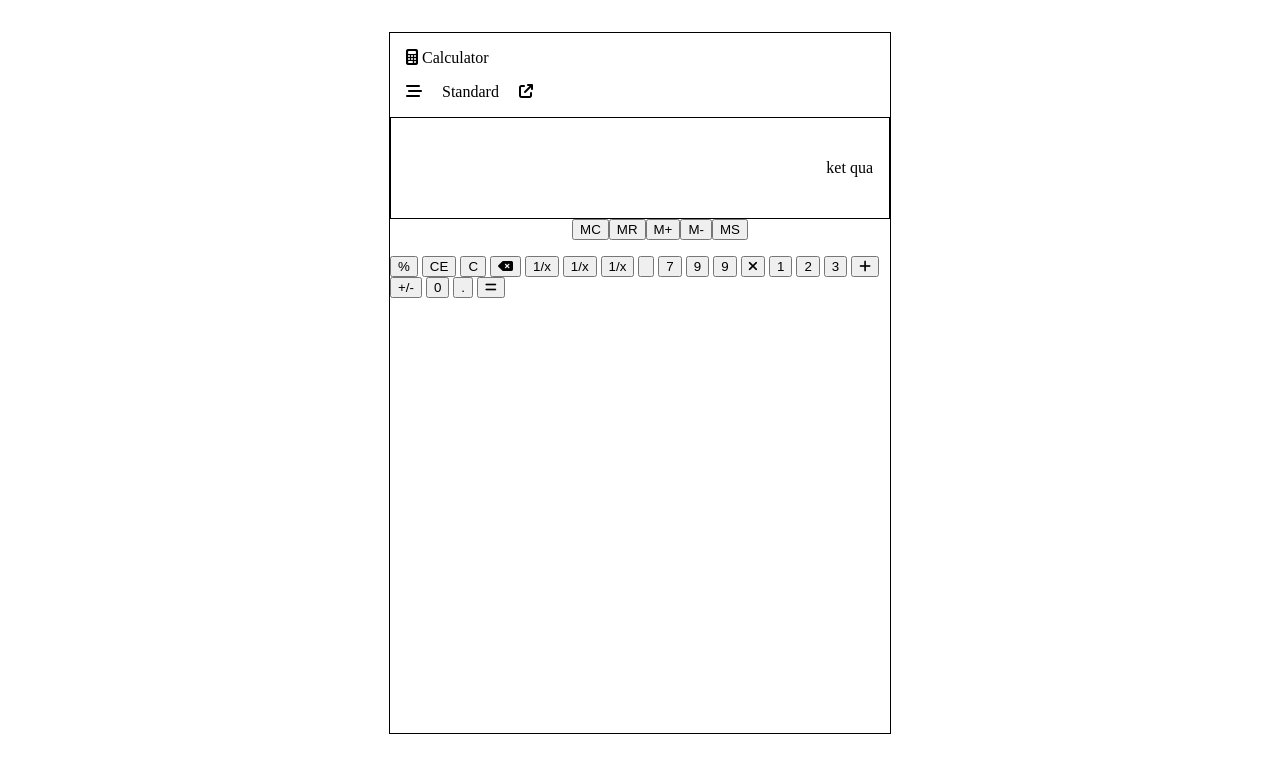
Repository: tungts3qb/Javascript
Page: Calculator/Calculator.html
These files come from the project's save history. The page is drawn as it stood at one moment and after a run of saves; the edit follows.
The browser window is 1280 px wide. The pictures show the whole page.

Above is the page before, as saved 2022-12-26 15:44:09.

### Calculator/Calculator.html
<!DOCTYPE html>
<html lang="en">
  <head>
    <meta charset="UTF-8" />
    <meta http-equiv="X-UA-Compatible" content="IE=edge" />
    <meta name="viewport" content="width=device-width, initial-scale=1.0" />
    <link rel="stylesheet" href="./style.css" />
    <link
      rel="stylesheet"
      href="https://cdnjs.cloudflare.com/ajax/libs/font-awesome/6.2.1/css/all.min.css"
      integrity="sha512-MV7K8+y+gLIBoVD59lQIYicR65iaqukzvf/nwasF0nqhPay5w/9lJmVM2hMDcnK1OnMGCdVK+iQrJ7lzPJQd1w=="
      crossorigin="anonymous"
      referrerpolicy="no-referrer"
    />
    <title>Calculator</title>
  </head>
  <body>
    <div class="calculator">
      <div class="calculator-header">
        <i class="fa-solid fa-calculator"></i>
        <span>Calculator</span>
      </div>
      <div class="calculator-nav">
        <i class="fa-solid fa-bars-staggered"></i>
        <span>Standard</span>
        <i class="fa-solid fa-arrow-up-right-from-square"></i>
      </div>
      <div class="caculator-result"><span>ket qua</span></div>
      <div class="calculator-special-function">
        <ul>
          <li><button>MC</button></li>
          <li><button>MR</button></li>
          <li><button>M+</button></li>
          <li><button>M-</button></li>
          <li><button>MS</button></li>
        </ul>
      </div>
      <div class="calculator-buttons">
        <button class="calculator-button">%</button>
        <button class="calculator-button">CE</button>
        <button class="calculator-button">C</button>
        <button class="calculator-button">
          <i class="fa-solid fa-delete-left"></i>
        </button>
        <button class="calculator-button">1/x</button>
        <button class="calculator-button">1/x</button>
        <button class="calculator-button">1/x</button>
        <button class="calculator-button">
          <i class="fas fa-buttonide"></i>
        </button>
        <button class="calculator-button">7</button>
        <button class="calculator-button">9</button>
        <button class="calculator-button">9</button>
        <button class="calculator-button"><i class="fas fa-times"></i></button>
        <button class="calculator-button">1</button>
        <button class="calculator-button">2</button>
        <button class="calculator-button">3</button>
        <button class="calculator-button"><i class="fas fa-plus"></i></button>
        <button class="calculator-button">+/-</button>
        <button class="calculator-button">0</button>
        <button class="calculator-button">.</button>
        <button class="calculator-button"><i class="fas fa-equals"></i></button>
      </div>
    </div>
    <script src="./script.js"></script>
  </body>
</html>

### Calculator/style.css
.calculator {
  width: 500px;
  height: 700px;
  border: 1px solid black;
  margin: 2rem auto;
}

.calculator-header {
  margin-top: 1rem;
  padding-left: 1rem;
}

.calculator-nav {
  padding-left: 1rem;
  margin-top: 1rem;
}

.calculator-nav span {
  margin-left: 1rem;
  margin-right: 1rem;
}

.caculator-result {
  border: 1px solid black;
  margin-top: 1rem;
  height: 100px;
  display: flex;
  justify-content: flex-end;
  align-items: center;
}

.caculator-result span {
  display: block;
  margin-right: 1rem;
}

.calculator-special-function {
  align-items: center;
  display: flex;
  justify-content: center;
}
.calculator-special-function ul {
  list-style: none;
  display: flex;
  margin-top: 0;
  justify-content: space-between;
  align-items: center;
}

Loaded but not shown: Calculator/script.js (no stored copy; drawn as an empty file)

After the next 2 saves:
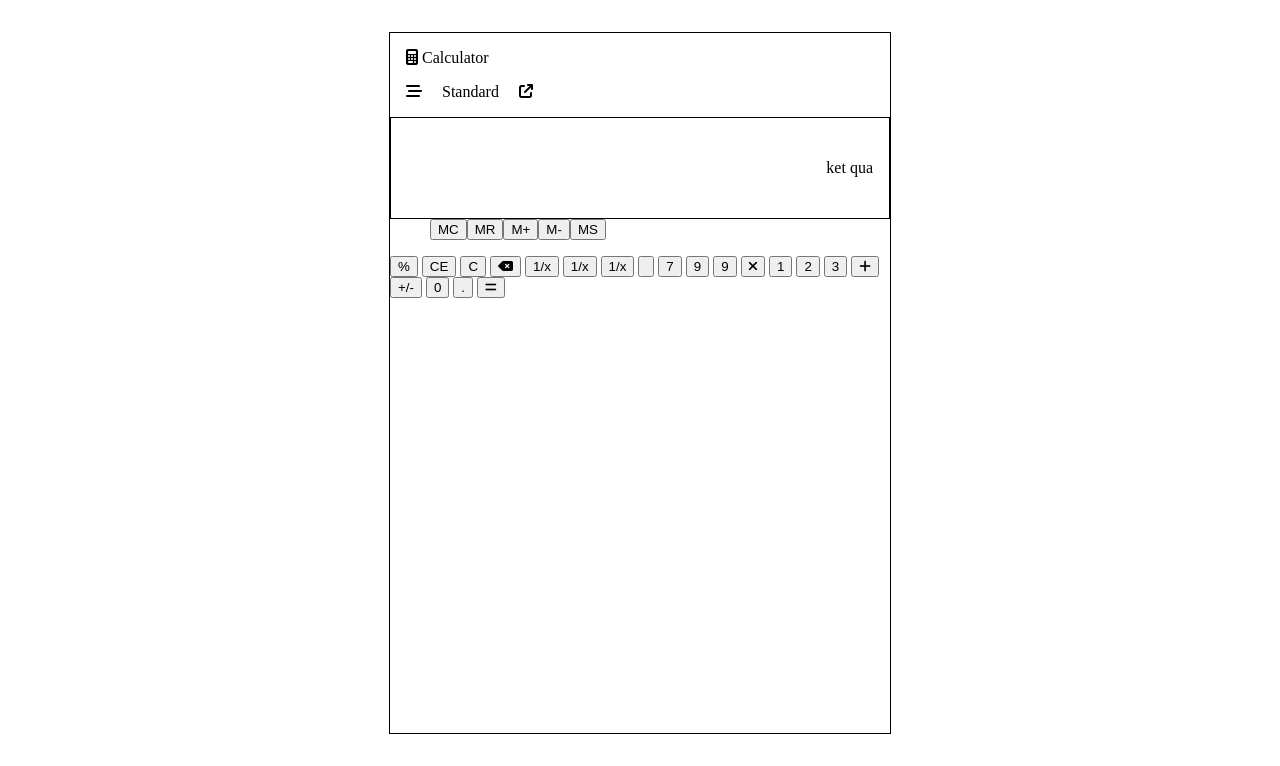
The 2 saves are shown as one change because they came seconds apart.
The last was saved 14 s later.
--- a/Calculator/style.css
+++ b/Calculator/style.css
@@ -35,9 +35,9 @@
 }
 
 .calculator-special-function {
+  display: flex;
   align-items: center;
-  display: flex;
-  justify-content: center;
+  /* justify-content: center; */
 }
 .calculator-special-function ul {
   list-style: none;

After the save that followed:
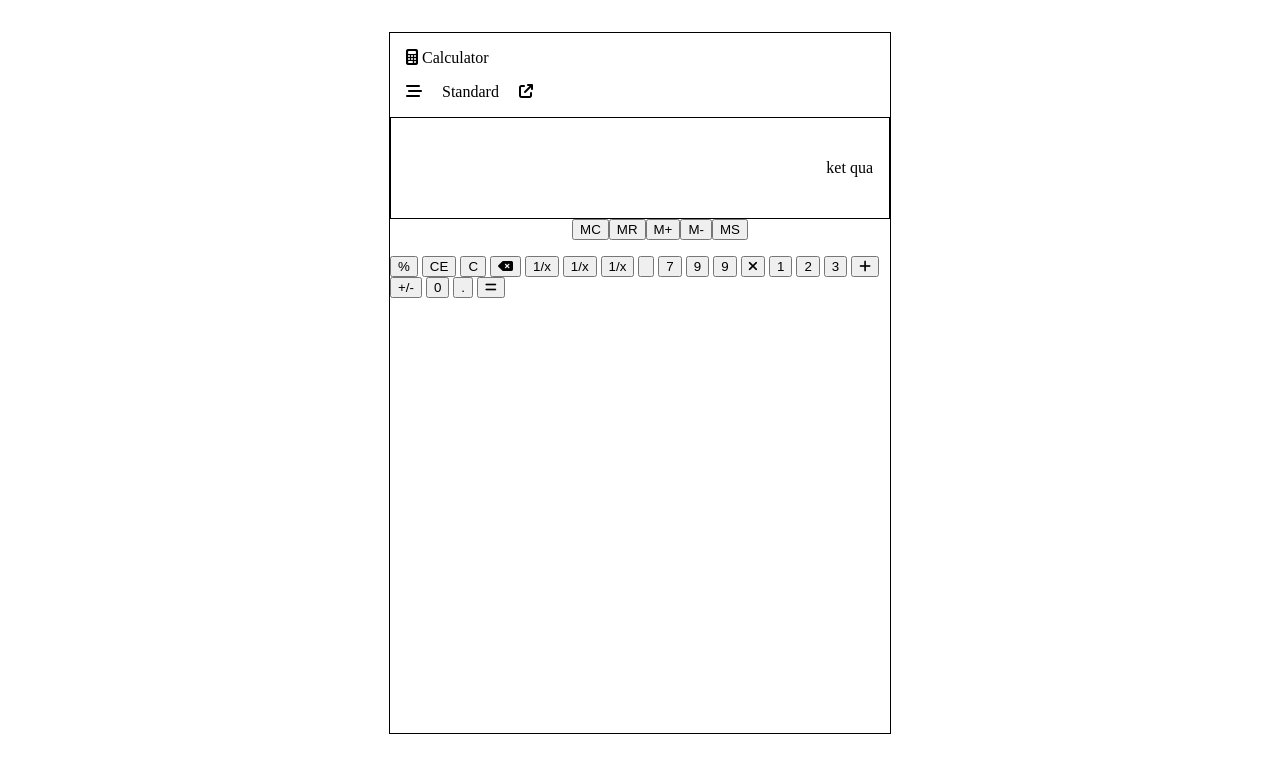
Saved 29 s later.
--- a/Calculator/style.css
+++ b/Calculator/style.css
@@ -37,7 +37,7 @@
 .calculator-special-function {
   display: flex;
   align-items: center;
-  /* justify-content: center; */
+  justify-content: center;
 }
 .calculator-special-function ul {
   list-style: none;
